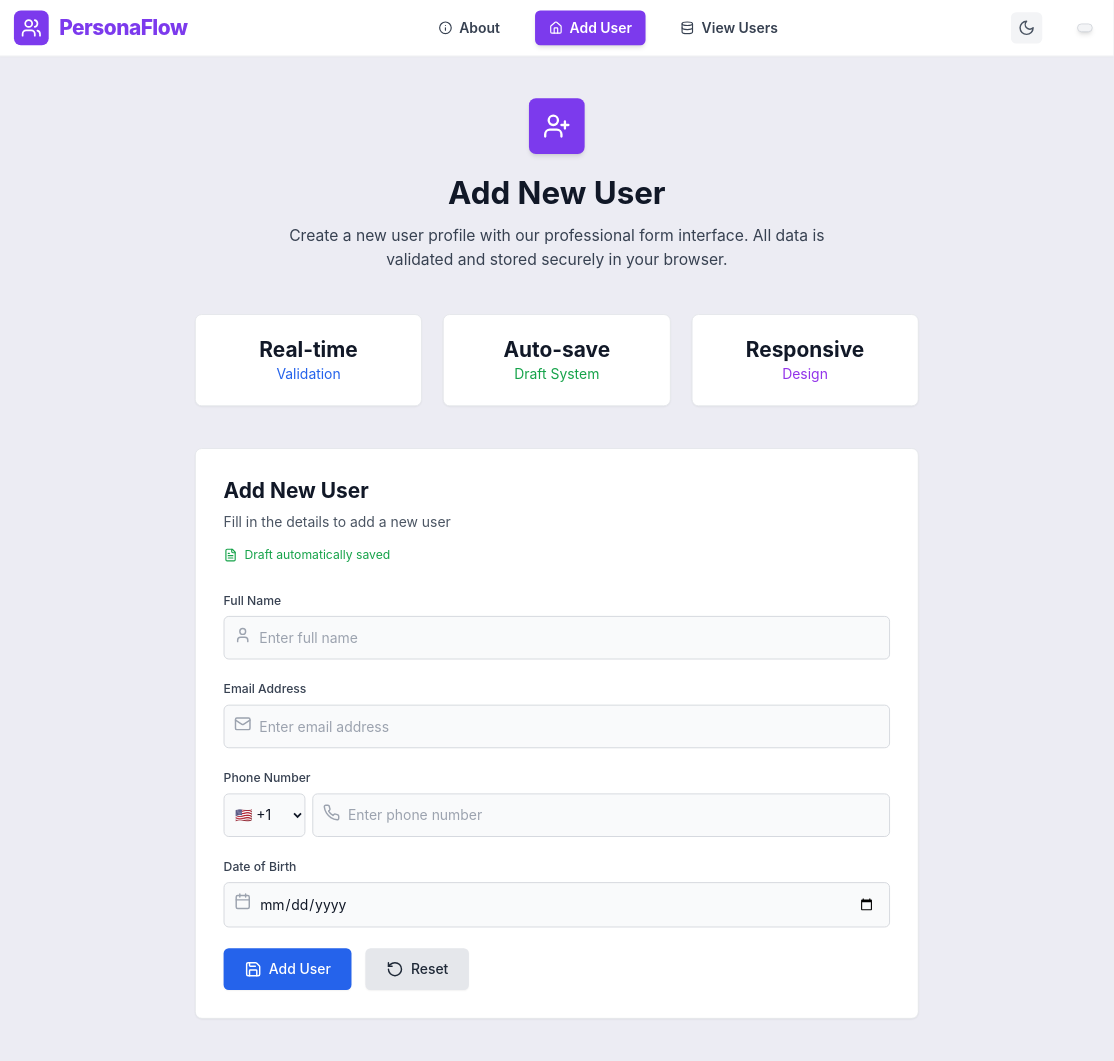
Repository: nikunjagarwal05/PersonaFlow
Page: /add
These files come from the project's save history. The page is drawn as it stood at one moment and after the next save; the edit follows.
The browser window is 1280 px wide. The pictures show the whole page, at 87% of full size.
The project was rebuilt for these pictures with package versions that can differ from the ones it lists, and the page was loaded fresh each time. Also part of the build but not shown: vite.config.ts, src/components/Toast.jsx, src/components/LanguageSelector.jsx, src/components/UserTable.jsx, src/components/SearchBar.jsx, src/components/Pagination.jsx, src/components/Modal.jsx, src/pages/ViewData.jsx and 1 more.

Above is the page before, as saved 2025-06-12 12:23:20.

After the next save:
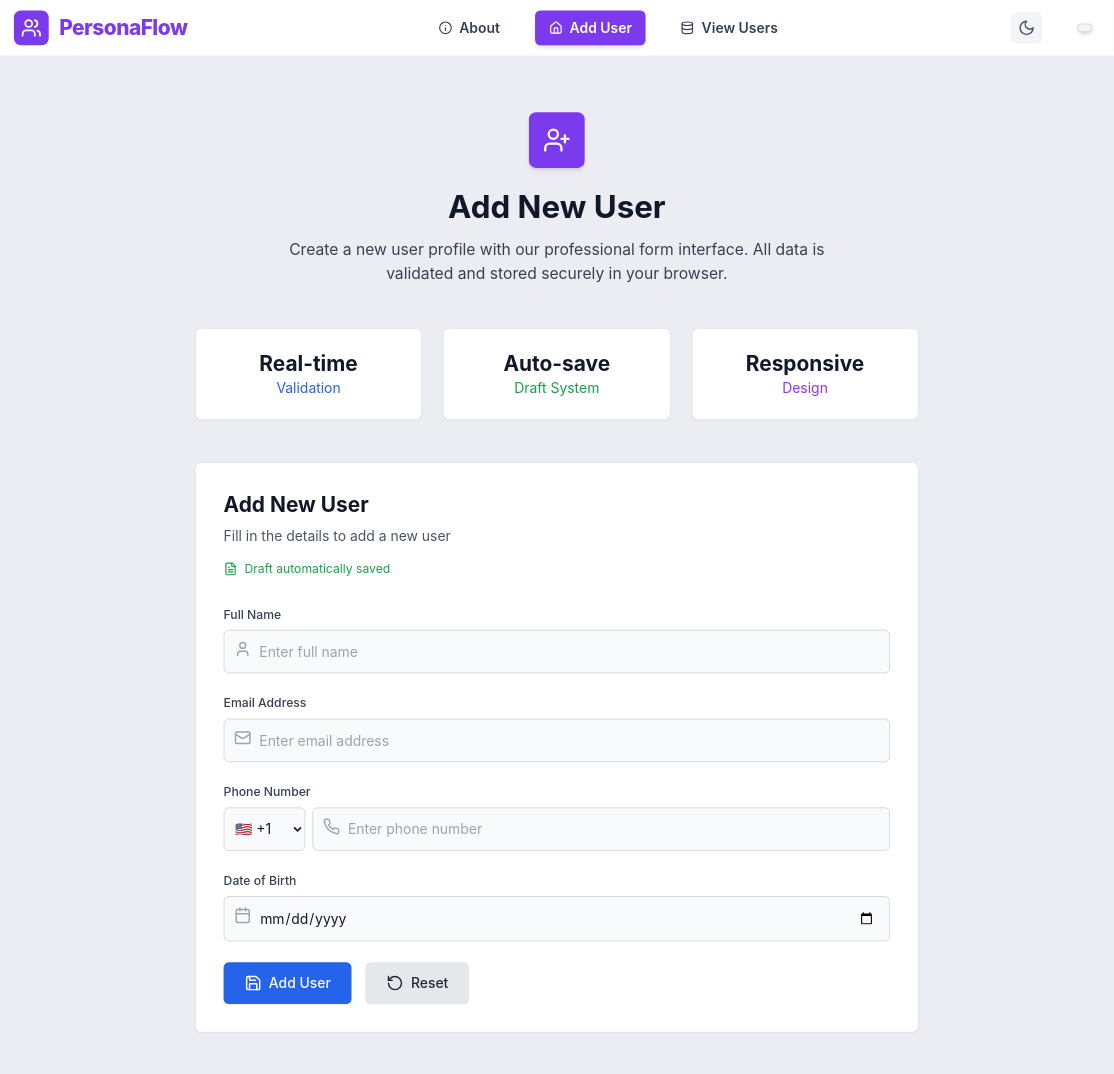
Saved 9 s later.
--- a/src/App.jsx
+++ b/src/App.jsx
@@ -7,7 +7,6 @@ import Home from './pages/Home';
 import ViewData from './pages/ViewData';
 import About from './pages/About';
 
-// App component manages global state, dark mode, and routing
 function App() {
   const [darkMode, setDarkMode] = useState(() => {
     const saved = localStorage.getItem('darkMode');
@@ -19,20 +18,20 @@ function App() {
     document.documentElement.classList.toggle('dark', darkMode);
   }, [darkMode]);
 
-  const toggleDarkMode = () => {
-    setDarkMode(!darkMode);
-  };
+  const toggleDarkMode = () => setDarkMode(!darkMode);
 
   return (
     <div className={`min-h-screen transition-colors duration-300 ${darkMode ? 'dark' : ''}`}>
       <ToastProvider>
         <Router>
           <Navbar darkMode={darkMode} toggleDarkMode={toggleDarkMode} />
-          <Routes>
-            <Route path="/" element={<About />} />
-            <Route path="/add" element={<Home />} />
-            <Route path="/view" element={<ViewData />} />
-          </Routes>
+          <main className="pt-4 px-4 sm:px-6 lg:px-8">
+            <Routes>
+              <Route path="/" element={<About />} />
+              <Route path="/add" element={<Home />} />
+              <Route path="/view" element={<ViewData />} />
+            </Routes>
+          </main>
         </Router>
       </ToastProvider>
     </div>
